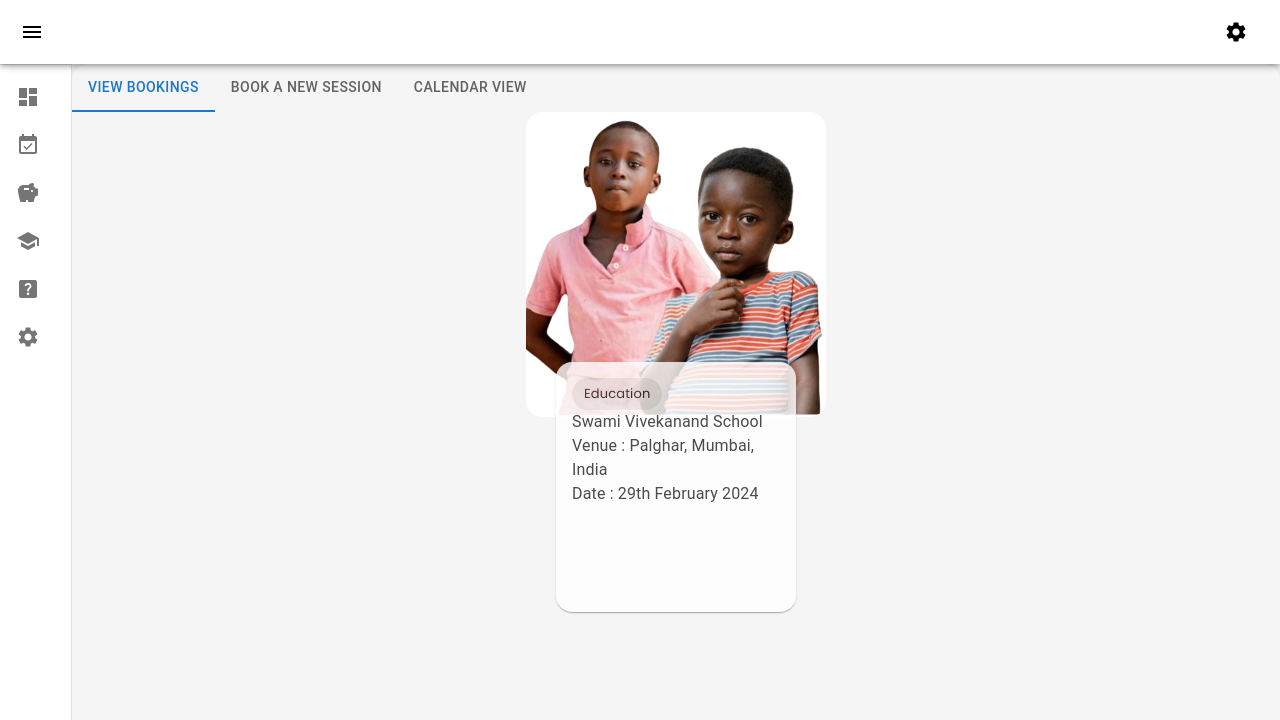
Repository: shubhampirate/Google_Solutions_Edural
Page: /bookings
An editor plug-in stored every save of this project. The page is shown before and after the next save, followed by the edit.
The browser window is 1280 px wide. The pictures show the whole page.
An inner scrolling area shows only its first screen. The project was rebuilt for these pictures with package versions that can differ from the ones it lists, and the page was loaded fresh each time. Some packages were replaced by stand-ins written for this rebuild. Also part of the build but not shown: src/Components/CustomButton.jsx, src/Components/Navbar.jsx, src/Components/Footer.jsx, src/Components/CongratsCard.jsx, src/pages/Hero/Hero.jsx, src/pages/Dashboard/Dashboard.jsx, src/pages/Sign_in.jsx, src/pages/Bookings/LicenseCard.jsx.

Above is the page before, as saved 2024-02-04 17:55:47.

After the next save:
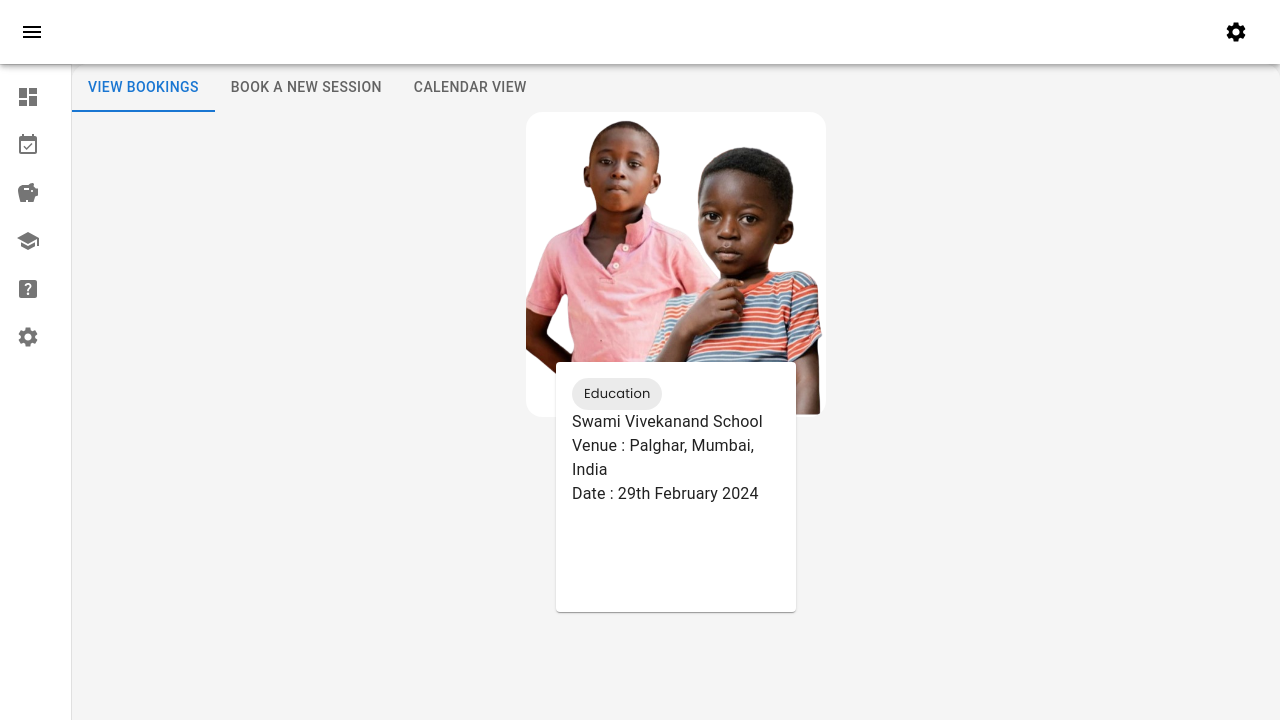
Saved 12 s later.
--- a/src/pages/Bookings/bookings.jsx
+++ b/src/pages/Bookings/bookings.jsx
@@ -116,8 +116,8 @@ export default function Booking() {
                  left: '10%', // Adjust as needed
                  right: '10%', // Adjust as needed
                  backgroundColor: (theme) => theme.palette.background.paper,
-                 opacity: 0.8,
-                 borderRadius: '16px',
+                 opacity: 1,
+
                  minHeight: '80%', // Adjust as needed
                  overflow: 'auto',
                }}
